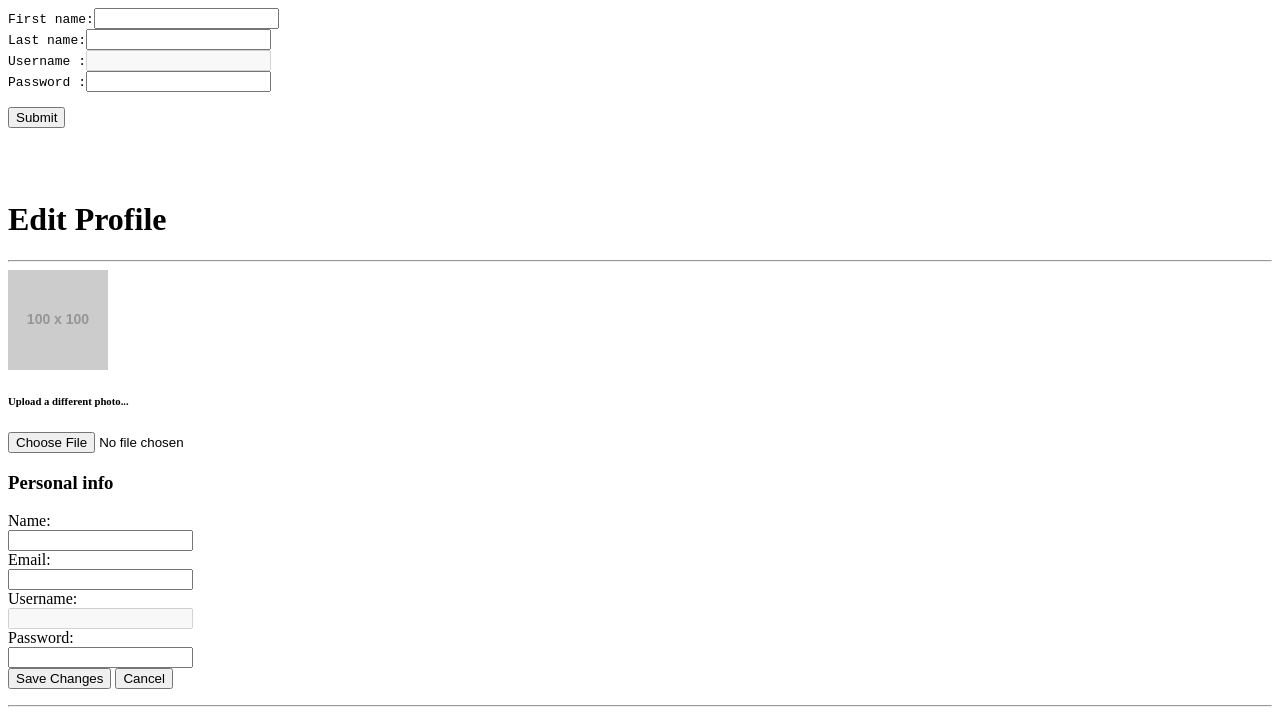
Repository: aneishkumar/AngularJS-Application
Page: Angularjs-Application-march30th/project2/WebContent/updateuser.html
These files come from the project's save history. The page is drawn as it stood at one moment and after the next save; the edit follows.
The browser window is 1280 px wide. The pictures show the whole page.

Above is the page before, as saved 2018-03-29 11:29:54.

### Angularjs-Application-march30th/project2/WebContent/updateuser.html
<form>
<pre>
First name:<input type="text" ng-model="user.firstname">
Last name:<input type="text" ng-model="user.lastname">
Username :<input type="text" ng-model="user.username" disabled="disabled">
Password :<input type="password" ng-model="user.password">

<input type="submit" ng-click="edituser(user)">
</pre>
</form>
<br>
<br>
<div class="container">
    <h1>Edit Profile</h1>
  	<hr>
	<div class="row">
      <!-- left column -->
      <div class="col-md-3">
        <div class="text-center">
          <img src="//placehold.it/100" class="avatar img-circle" alt="avatar">
          <h6>Upload a different photo...</h6>

          <input type="file" class="form-control">
        </div>
      </div>

      <!-- edit form column -->
      <div class="col-md-9 personal-info">

        <h3>Personal info</h3>

        <form class="form-horizontal" role="form">
          <div class="form-group">
            <label class="col-lg-3 control-label">Name:</label>
            <div class="col-lg-8">
              <input class="form-control" type="text" ng-model="user.name">
            </div>
          </div>

          <div class="form-group">
            <label class="col-lg-3 control-label">Email:</label>
            <div class="col-lg-8">
              <input class="form-control" type="text" ng-model="user.emailid">
            </div>
          </div>

          <div class="form-group">
            <label class="col-md-3 control-label">Username:</label>
            <div class="col-md-8">
              <input class="form-control" type="text" ng-model="user.username" disabled="disabled">
            </div>
          </div>
          <div class="form-group">
            <label class="col-md-3 control-label">Password:</label>
            <div class="col-md-8">
              <input class="form-control" type="password" ng-model="user.password">
            </div>
          </div>

          <div class="form-group">
            <label class="col-md-3 control-label"></label>
            <div class="col-md-8">
              <input type="button" class="btn btn-primary" value="Save Changes">
              <span></span>
              <input type="reset" class="btn btn-default" value="Cancel">
            </div>
          </div>
        </form>
      </div>
  </div>
</div>
<hr>

After the next save:
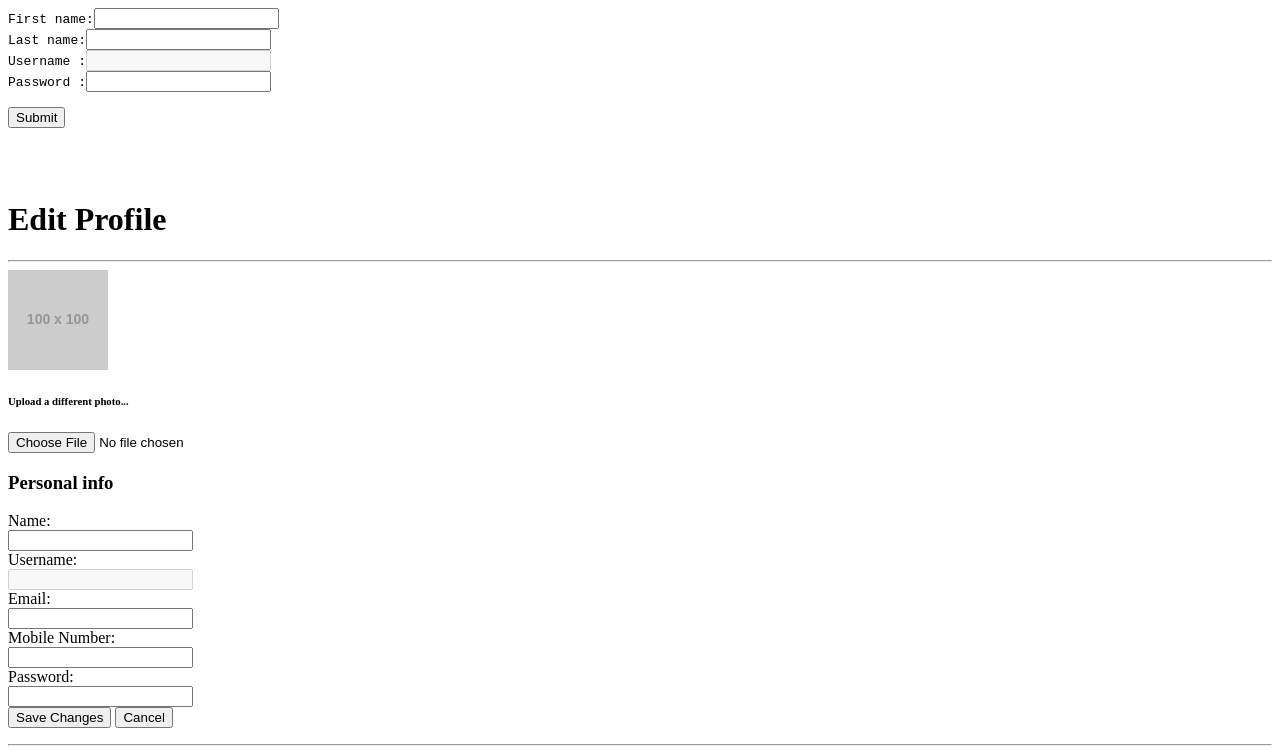
Saved 58 s later.
--- a/Angularjs-Application-march30th/project2/WebContent/updateuser.html
+++ b/Angularjs-Application-march30th/project2/WebContent/updateuser.html
@@ -37,18 +37,25 @@ Password :<input type="password" ng-model="user.password">
             </div>
           </div>
 
-          <div class="form-group">
-            <label class="col-lg-3 control-label">Email:</label>
-            <div class="col-lg-8">
-              <input class="form-control" type="text" ng-model="user.emailid">
-            </div>
-          </div>
+
 
           <div class="form-group">
             <label class="col-md-3 control-label">Username:</label>
             <div class="col-md-8">
               <input class="form-control" type="text" ng-model="user.username" disabled="disabled">
             </div>
+             <div class="form-group">
+            <label class="col-lg-3 control-label">Email:</label>
+            <div class="col-lg-8">
+              <input class="form-control" type="text" ng-model="user.emailid">
+            </div>
+          </div>
+           <div class="form-group">
+            <label class="col-lg-3 control-label">Mobile Number:</label>
+            <div class="col-lg-8">
+              <input class="form-control" type="text" ng-model="user.mobilenumber">
+            </div>
+          </div>
           </div>
           <div class="form-group">
             <label class="col-md-3 control-label">Password:</label>
